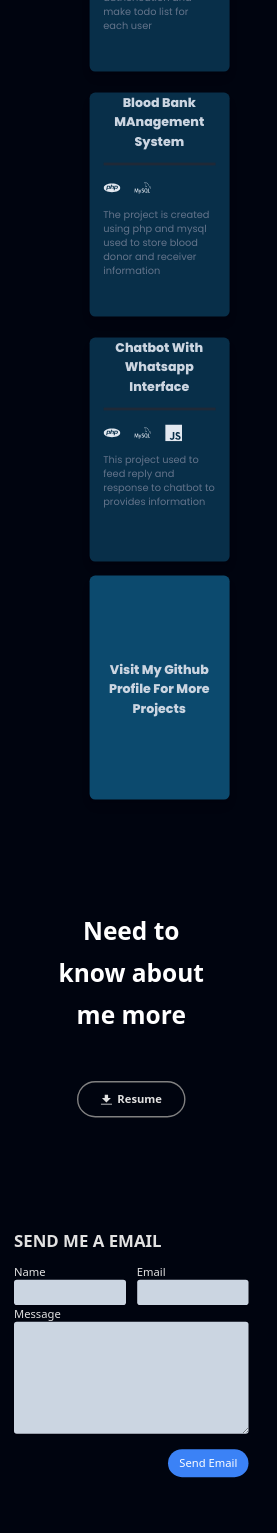
Repository: sibi24sibi/MyPersonalPortfolio
Page: /
These files come from the project's save history. The page is drawn as it stood at one moment and after the next save; the edit follows.
The browser window is 375 px wide. The page is 395 px wide, so the pictures cover 395 px, including what lies to the right of the window. The pictures show the part of the page from y = 3156 to 5396 px (the page is 5346 px tall before and 5396 px after), at 70% of full size.
The project was rebuilt for these pictures with package versions that can differ from the ones it lists, and the page was loaded fresh each time. Also part of the build but not shown: vite.config.js, src/components/Menu.jsx, src/components/Footer.jsx.

Above is the page before, as saved 2024-05-03 20:26:37.

After the next save:
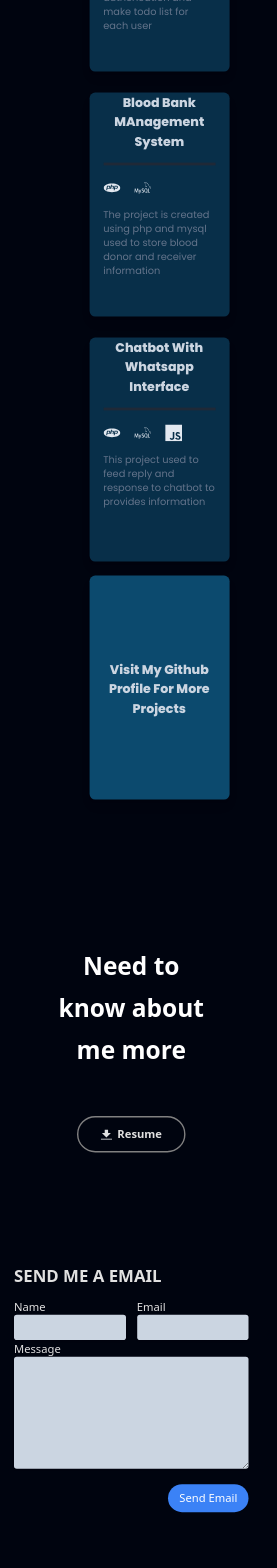
Saved 10 s later.
--- a/src/components/proj_style.css
+++ b/src/components/proj_style.css
@@ -42,7 +42,7 @@
   }
   .card:not(:first-child) {
     margin-left:auto;
-    margin-bottom: -40px;
+    padding: -40px;
   }
   .card:hover ~ .card {
     position:unset;
